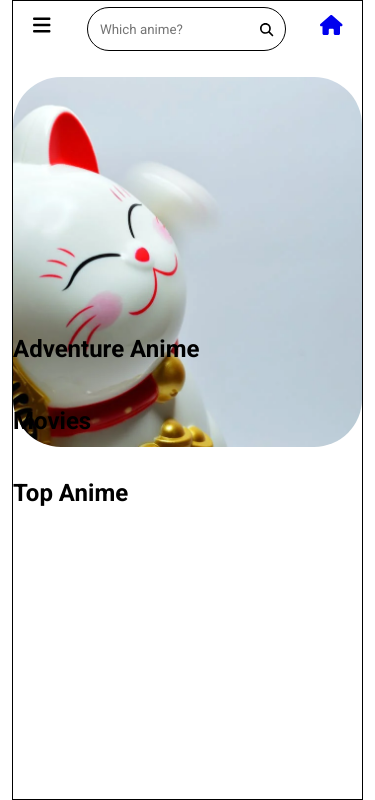
Repository: OwenMargiela/AnimeDatabse
Page: /
An editor plug-in stored every save of this project. The page is shown before and after the next save, followed by the edit.
The browser window is 375 px wide. The pictures show the whole page.
The page's requests for data from a server got no answer. The project was rebuilt for these pictures with package versions that can differ from the ones it lists, and the page was loaded fresh each time. No one was signed in, and anything a server would have sent is missing. Also part of the build but not shown: src/Components/AnimeContainer.jsx, src/Pages/AnimePage/AnimePage.jsx, src/Components/Score.css, src/Components/Score.jsx, src/Components/AnimeDescription.jsx, src/Pages/AnimePage/AnimeInfo.jsx, src/Pages/AnimePage/AnimeGenre.jsx, src/Pages/FavouritesPage/Favourites.css and 7 more.

Above is the page before, as saved 2023-01-26 14:54:09.

### public/index.html
<!DOCTYPE html>
<html lang="en">
  <head>
    <meta charset="utf-8" />
    <link rel="icon" href="%PUBLIC_URL%/favicon.ico" />
    <meta name="viewport" content="width=device-width, initial-scale=1" />
    <meta name="theme-color" content="#000000" />
    <meta
      name="description"
      content="Web site created using create-react-app"
    />
    <link rel="apple-touch-icon" href="%PUBLIC_URL%/logo192.png" />
    <!--
      manifest.json provides metadata used when your web app is installed on a
      user's mobile device or desktop. See https://developers.google.com/web/fundamentals/web-app-manifest/
    -->
    <link rel="manifest" href="%PUBLIC_URL%/manifest.json" />
    <!--
      Notice the use of %PUBLIC_URL% in the tags above.
      It will be replaced with the URL of the `public` folder during the build.
      Only files inside the `public` folder can be referenced from the HTML.

      Unlike "/favicon.ico" or "favicon.ico", "%PUBLIC_URL%/favicon.ico" will
      work correctly both with client-side routing and a non-root public URL.
      Learn how to configure a non-root public URL by running `npm run build`.
    -->
    <title>TV Neko</title>
  </head>
  <body>
    <noscript>You need to enable JavaScript to run this app.</noscript>
    <div id="root"></div>
    <!--
      This HTML file is a template.
      If you open it directly in the browser, you will see an empty page.

      You can add webfonts, meta tags, or analytics to this file.
      The build step will place the bundled scripts into the <body> tag.

      To begin the development, run `npm start` or `yarn start`.
      To create a production bundle, use `npm run build` or `yarn build`.
    -->
  </body>
</html>

### src/index.js
import React from 'react';
import ReactDOM from 'react-dom/client';
import './index.css';
import App from './App';
import reportWebVitals from './reportWebVitals';
import { library } from '@fortawesome/fontawesome-svg-core';
import { faSearch,faStarHalfAlt,faStar,faHouse,faTv,faFilm,faBarsStaggered, faCirclePlay,faHeart,faCalendarDays,faX,faFilter,faArrowRight,faBars} from '@fortawesome/free-solid-svg-icons';

library.add(faSearch,faStarHalfAlt,faStar,faHouse,faTv,faFilm,faBarsStaggered, faCirclePlay,faHeart,faCalendarDays,faX,faFilter,faArrowRight,faBars)
const root = ReactDOM.createRoot(document.getElementById('root'));
root.render(
    <App />
);

// If you want to start measuring performance in your app, pass a function
// to log results (for example: reportWebVitals(console.log))
// or send to an analytics endpoint. Learn more: https://bit.ly/CRA-vitals
reportWebVitals();

### src/index.css
@import url('https://fonts.googleapis.com/css2?family=Roboto:ital,wght@0,100;0,400;0,500;0,700;0,900;1,100;1,700&display=swap');
*{
  margin: 0;
  padding: 0;
  box-sizing: border-box;
  font-family: 'Roboto',sans-serif;
}

### src/App.js
import { BrowserRouter as Router, Routes, Route, Link } from "react-router-dom";
import "./App.css";

import Home from "./Pages/HomePage/Home";
import AnimePage from "./Pages/AnimePage/AnimePage.jsx";
import AnimeInfo from "./Pages/AnimePage/AnimeInfo";
import { useEffect, useState } from "react";
import axios from "axios";
import { FontAwesomeIcon } from "@fortawesome/react-fontawesome";
import AnimeGenre from "./Pages/AnimePage/AnimeGenre";
import Favourites from "./Pages/FavouritesPage/Favourites";
import Sidebar from "./Components/Sidebar";
import Movies from "./Pages/AnimePage/Movies";

import OVA from "./Pages/AnimePage/OVA";
import TvAnime from "./Pages/AnimePage/TvAnime";
import FilterSearch from "./Pages/AnimePage/FilterSearch";

function App() {
  const [animes, setAnimes] = useState();
  const [valueSearch, setValueSearch] = useState();
  const [favourites, setFavourites] = useState([]);
  const [genres, setGenre] = useState([]);

  function sendToFavourites(info) {
    setFavourites([...favourites, info]);
  }

  function removeFromFavourites(anime) {
    setFavourites(
      favourites.filter((favourite) => favourite.mal_id !== anime.mal_id)
    );
    console.log(favourites);
  }

  async function fetchAnime(valueSearch) {
    if (valueSearch) {
      const { data } = await axios.get(
        `https://api.jikan.moe/v4/anime?q=${valueSearch}&sfw`
      );
      setAnimes(data.data);
    }
  }

  useEffect(()=>{
    async function getGenre(){
      const {data} = await axios.get(`https://api.jikan.moe/v4/genres/anime`)
      setGenre(data.data)
    }
    getGenre()
    setTimeout(()=>{
      console.log(genres)
    },300)
  },[])

  console.log(animes)

  function fetchBySearch() {
    fetchAnime(valueSearch);
  }
  return (
    <Router>
      <div className="App">
        <div className="sidebar">
          <Sidebar genres={genres} favourites={favourites}></Sidebar>
        </div>
        <div className="main">
          <nav className="nav">
            <div className="bars__icon" >
          <FontAwesomeIcon icon="fa-solid fa-bars" />

            </div>
            <form>
              <div className="search__container">
                <input
                  placeholder="Which anime?"
                  onKey
                  type="text"
                  value={valueSearch}
                  onChange={(event) => setValueSearch(event.target.value)}
                />
                <Link to="/anime">
                  <button type="submit" onClick={() => fetchBySearch()}>
                    <FontAwesomeIcon icon="fa-search"></FontAwesomeIcon>
                  </button>
                </Link>
              </div>
            </form>
            <div className="home__icon">
              <Link to="/">
                <FontAwesomeIcon icon="fa-house"></FontAwesomeIcon>
              </Link>
            </div>
          </nav>

          <Routes>
            <Route path="/" element={<Home></Home>}></Route>
            <Route
              path="/favourites"
              element={
                <Favourites
                  removeFromFavourites={removeFromFavourites}
                  favourites={favourites}
                ></Favourites>
              }
            ></Route>
            <Route
              path="/anime"
              element={<AnimePage animes={animes}></AnimePage>}
            ></Route>
            <Route
              path=":id/:id"
              element={
                <AnimeInfo
                  favourites={favourites}
                  sendToFavourites={sendToFavourites}
                  animes={animes}
                ></AnimeInfo>
              }
            ></Route>
            <Route path="/:id" element={<AnimeGenre></AnimeGenre>}></Route>
            <Route path="/TV" element={<TvAnime></TvAnime>}></Route>
            <Route path="/Movies" element={<Movies></Movies>}></Route>
            <Route path="/Ova's" element={<OVA></OVA>}></Route>
            <Route path="/filter" element={<FilterSearch genres={genres} ></FilterSearch>}></Route>
          </Routes>
        </div>
      </div>
    </Router>
  );
}

export default App;

### src/App.css
::-webkit-scrollbar {
  display: none;
}

.App {
  display: flex;
  justify-content: space-between;
  height: 100vh;
  min-height: 500px;
  width: 100%;
  /* overflow-y: hidden; */
}

nav {
  position: sticky;
  top: 0;
  display: flex;
  align-items: center;
  justify-content: space-between;
  margin-bottom: 1.75rem;
  padding: 0.75em 1.25em;
  width: 100%;
  height: 3em;
}


.main {
  margin: 0 0.75em ;
  border: 1px solid black;
  overflow-y: scroll;
  width: 100%;
}

.sidebar {
  max-width: 250px;
  min-width: 200px;
  border: 1px solid black;
  background-color: rgb(190, 190, 190);
}

.landinImageContainer {
  width: 100%;
  height: 370px;
  margin: 0 auto;
}

.landinImageContainer img {
  height: 100%;
  border-radius: 3rem;
  width: 100%;
  object-fit: cover;
}

.home__icon,
.bars__icon {
  font-size: 1.25rem;
}

.bars__icon {
  display: none;
}

.home__icon {
  margin-left: 0.8rem;
}

.search__container {
  display: flex;
  align-items: center;
  justify-content: center;
  width: 100%;
  margin-top: 0.5em;
  margin-left: 0.5em;
  height: 2.75em;
  padding: 0 0.75em;
  border-radius: 2rem;
  border: 1px solid black;
}

.search__container input {
  width: 100%;
  border: none;
  outline: none;
  background: none;
}

.search__container button {
  background-color: transparent;
  border: none;
  color: none;
  cursor: pointer;
}

.anime__wrapper--container{
  display: flex;
  flex-direction: column;
  margin-bottom: -100px;
}

.anime__container{
  display: flex;
  flex-direction: column;
  align-items: center;
  flex-grow: 1;

}

.anime__image{
  border: 1px solid black;
  border-radius: 1em;
  min-width: 14rem;
  margin-bottom: 1rem;

}


/* .anime__image{
  border: 1px solid black;
  height: 100%;
  width: 100%;
  object-fit: cover;
  flex-grow: 1;
  margin-right: 1.25em;
  margin-bottom: 1.25em;
} */
.mainBody{
  margin: 2em 0;
  /* border: 1px solid black; */
}

@media screen and (max-width: 700px) {
  .sidebar {
    display: none;
  }
  .bars__icon {
    display: block;
  }
}
@media screen and (min-width: 480px) {
  .anime__wrapper{
    display: flex;
    flex-wrap: wrap;
    justify-content: space-between;
    margin-bottom: 7rem;

  }
  .anime__image{
    max-height: 300px;
  }
}
@media screen and (max-width: 480px) {
  .anime__wrapper{
    display: flex;
    flex-direction: column;
    align-items: center;

  }
  .anime__image{
    height: 400px;
  }
}

### src/Pages/HomePage/Home.jsx
import React, { useEffect, useState } from "react";
import neko from "./assets/neko.webp";
import axios from "axios";
import AnimeContainer from "../../Components/AnimeContainer";
import { Link } from "react-router-dom";
function Home() {
  const [top, setTop] = useState();
  const [movies, setMovies] = useState();
  const [adventure, setAdventure] = useState();

  useEffect(() => {
    async function getFrontPage() {
      const { data: top } = await axios.get(
        "https://api.jikan.moe/v4/top/anime"
      );
      setTop(top.data.slice(0, 12));

      const { data: movie } = await axios.get(
        "https://api.jikan.moe/v4/anime?type=movie"
      );
      setMovies(movie.data.slice(0, 6));

      const { data: adventure } = await axios.get(
        "https://api.jikan.moe/v4/anime?genres=2&order_by=score&sort=desc"
      );
      setAdventure(adventure.data.slice(0, 6));
    }
    getFrontPage();
  }, []);

  return (
    <div className="Home">
      <div className="landinImageContainer">
        <img src={neko} alt="" />
      </div>
      <div className="mainBody">
        <div className="anime__wrapper--container">
          <h2>Top Anime</h2>
          <div className="anime__wrapper">
            {top?.slice(0, 6).map((anime) => (
              <Link to={`anime/${anime.mal_id}`}>
                <AnimeContainer anime={anime}></AnimeContainer>
              </Link>
            ))}
          </div>
        </div>

        <div className="anime__wrapper--container">
          <h2>Movies</h2>
          <div className="anime__wrapper">
            {movies?.map((anime) => (
              <Link to={`anime/${anime.mal_id}`}>
                <AnimeContainer anime={anime}></AnimeContainer>
              </Link>
            ))}
          </div>
        </div>

        <div className="anime__wrapper--container">
          <h2>Adventure Anime</h2>
          <div className="anime__wrapper">
            {adventure?.map((anime) => (
              <Link to={`anime/${anime.mal_id}`}>
                <AnimeContainer anime={anime}></AnimeContainer>
              </Link>
            ))}
          </div>
        </div>
      </div>
    </div>
  );
}

export default Home;

### src/Components/Sidebar.jsx
import { FontAwesomeIcon } from "@fortawesome/react-fontawesome";
import React from "react";
import "./Sidebar.css";
import { Link } from "react-router-dom";
import { useState } from "react";

function Sidebar({ favourites, genres }) {
  const [genreToggle, setGenreToggle] = useState(false);
  function toggleGenre() {
    genreToggle === false ? setGenreToggle(true) : setGenreToggle(false);
  }

  return (
    <>
      <div className="sidebar">
        <div className="sidebar__head">
          <h2>TV Neko</h2>
        </div>
        <ul className="sidebar__list">
          <Link to="/">
            <li className="sidebar__list--item">
              <FontAwesomeIcon
                className="sidebar__list--item-icon"
                icon="fa-solid fa-house"
              ></FontAwesomeIcon>
              <p>Home</p>
            </li>
          </Link>

          <Link to="/favourites">
            <li className="sidebar__list--item">
              <FontAwesomeIcon
                className="sidebar__list--item-icon"
                icon="fa-solid fa-heart"
              ></FontAwesomeIcon>
              {favourites.length > 0 && <span>{favourites.length}</span>}
              <p>Favs</p>
            </li>
          </Link>
          <li
            onClick={() => toggleGenre()}
            className="sidebar__list--item sidebar__list--item-genre"
          >
            <div className="icon__para">
              <FontAwesomeIcon
                className="sidebar__list--item-icon"
                icon="fa-solid fa-bars-staggered"
              />
              <p>Genre</p>
            </div>
            <li className="genres">
              <div className={`${genreToggle} || Sidebar__genres`}>
                {genres
                  ?.filter(
                    (genres) =>
                      genres.mal_id !== 28 &&
                      genres.mal_id !== 26 &&
                      genres.mal_id !== 9
                  )
                  .slice(0, 8)
                  .map((genre) => (
                    <Link to={`/${genre.mal_id}`}>
                      <div className="sidebar__genre">
                        <p>{genre.name}</p>
                      </div>
                    </Link>
                  ))}
                  <Link to="/filter" >
                <p className="view__all-btn">
                  view all{" "}
                  <FontAwesomeIcon icon="fa-solid fa-arrow-right"></FontAwesomeIcon>
                </p>
                  </Link>
              </div>
            </li>
          </li>

          <br />
          <h3>
            Search by
          </h3>
          <br />
          <Link to="/TV">
            <li className="sidebar__list--item">
              <FontAwesomeIcon
                className="sidebar__list--item-icon"
                icon="fa-solid fa-tv"
              />
              <p>Tv Anime</p>
            </li>
          </Link>
          <Link to="/Movies">
            <li className="sidebar__list--item">
              <FontAwesomeIcon
                className="sidebar__list--item-icon"
                icon="fa-solid fa-film"
              />
              <p>Movies</p>
            </li>
          </Link>
          <Link to="/Ova's">
            <li className="sidebar__list--item">
              <FontAwesomeIcon
                className="sidebar__list--item-icon"
                icon="fa-solid fa-circle-play"
              />
              <p>OVA's</p>
            </li>
          </Link>
          <Link to="/filter">
            <li className="sidebar__list--item">
              <FontAwesomeIcon
                className="sidebar__list--item-icon"
                icon="fa-solid fa-filter"
              />
              <p>Filter Search</p>
            </li>
          </Link>
        </ul>

        <div className="Favourite">
          <h3>Favourites</h3>
          <ul className="favourites__list">
            {favourites?.slice(0, 5).map((anime) => (
              <Link to={`/favourites`}>
                <li className="favourites__list--item" key={anime.mal_id}>
                  {anime.title}
                </li>
              </Link>
            ))}
          </ul>
        </div>
      </div>
    </>
  );
}

export default Sidebar;

### src/Components/Sidebar.css
li{
    list-style-type: none;
}

.sidebar{
    border: none;
    background-color: #a3a3a3;
    padding-bottom: 200px;
    overflow-y: hidden;
}
.sidebar__head{
    display: flex;
    flex-direction: column;
    margin-left: 8px;
}

.sidebar__head--img{
    width: 50%;
    object-fit: cover;
    border-radius: 50%;
}



.sidebar__list--item,
.favourites__list--item{
    display: flex;
    align-items: center;
    margin-bottom: 20px;
    width: 90%;
    padding: 4px 8px;
    border-radius: 1rem;
    transition: all 300ms ease;
    cursor: pointer;

}
.sidebar__list--item-icon{
    height: 32px;
    width: 32px;
}

.sidebar__list--item p{
    margin-left: 16px;

}
.sidebar__list--item span{
    display: flex;
    justify-content: center;
    align-items: center;
    width: 16px;
    height: 16px;
    transform: translate(-10px,10px);
    background-color: rgb(231, 231, 231);
    color: rgb(71, 71, 71) ;
    box-shadow: 0px 0px 15px 1px rgba(235, 235, 235, 0.45);
    border-radius: 50%;

}


.sidebar__list--item:hover,
.favourites__list--item:hover{
    transform: translateX(5px);
    background-color: rgb(231, 231, 231);
    color: rgb(71, 71, 71) ;
    box-shadow: 0px 0px 15px 1px rgba(235, 235, 235, 0.45);
}
.Sidebar__genres{
    display: flex;
    flex-direction: column;
    flex-wrap: wrap;
    /* visibility: hidden; */
    height: 4px;
    transition: all 200ms ease;

}
.true{
    visibility: visible;
    height: 250px;
}
.true .sidebar__genre{
    display: flex;
    align-items: center;
    padding: 2px 6px;
    border: 1px solid black;
    border-radius: 20px;
    transition: all 300ms;

}
.true .sidebar__genre:hover{
    transform: translateX(15px);
}
.true .view__all-btn {
    display: block;
}
.view__all-btn{
    display: none;
    transform: translate(-16px,10px)
}
.sidebar__genre{
    display: none;
    width: 150px;
    font-size: 12px;
    margin-top: 4px;
}
.sidebar__list--item-genre{
    display: flex;
    flex-direction: column;
    align-items: flex-start;
    padding-bottom: 0px;
}
.icon__para{
    display: flex;
    align-items: center;
}

.Favourite{
    margin-left: 8px;
    margin-right: 8px;
    padding: 4px 16px;
    border: 1px solid black;
    border-radius: 16px;
    /* min-height: 250px;
    height: 250px; */
}
.favourites__list--item{
    margin-bottom: 8px;
    padding: 3px 12px;
}

@media screen and (max-width: 600px) {

        .sidebar{display: none;}

}

Loaded but not shown: src/reportWebVitals.js (common file)

After the next save:
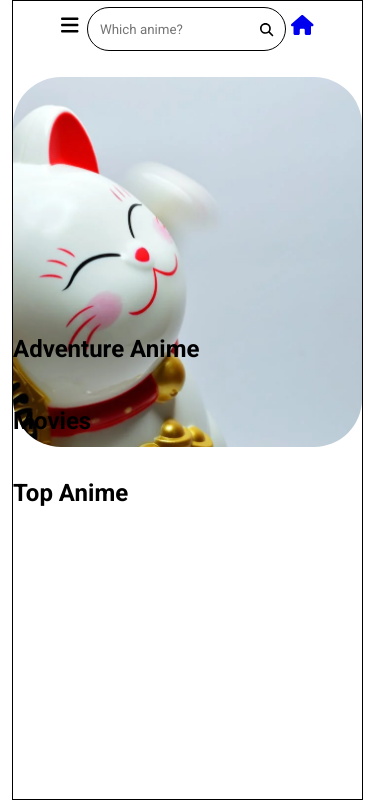
Saved 13 s later.
--- a/src/App.css
+++ b/src/App.css
@@ -158,4 +158,7 @@ nav {
   .anime__image{
     height: 400px;
   }
+  nav{
+    justify-content: center;
+  }
 }
